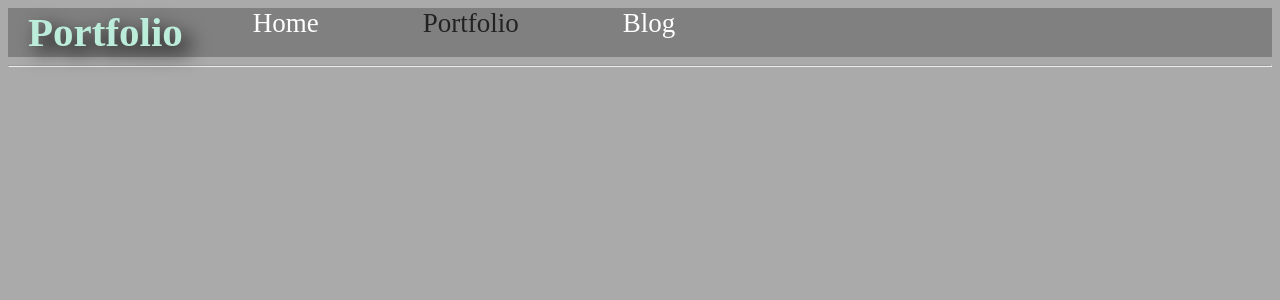
Repository: TundraGrassland/-TundraGrassland.github.io
Page: portfolio.html
The author's editor kept a record of every edit. The page is drawn from the files as they stood at one moment, then again after the next edit.
The browser window is 1280 px wide. The pictures show the whole page.

Above is the page before.

After the next edit:
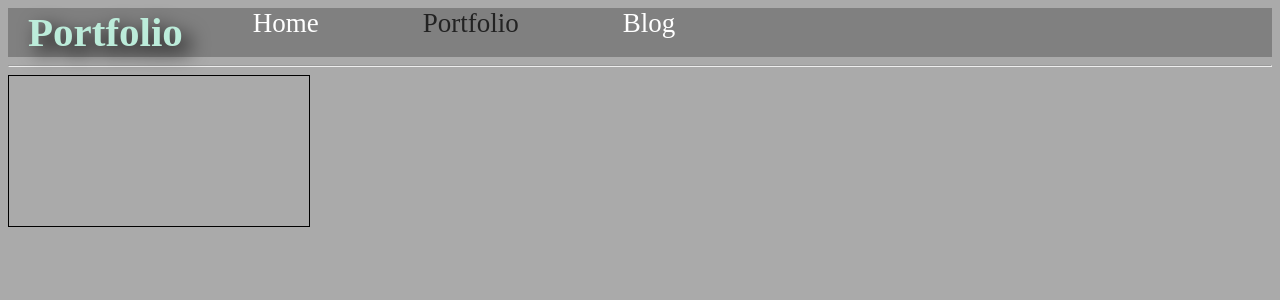
The edit:
--- a/portfolio.html
+++ b/portfolio.html
@@ -20,5 +20,8 @@
 
         <hr>
         <script type="text/processing">
+
+        </script>
+        <canvas id="sketch" style="border: 1px solid black;"></canvas>
     </body>
 </html>
